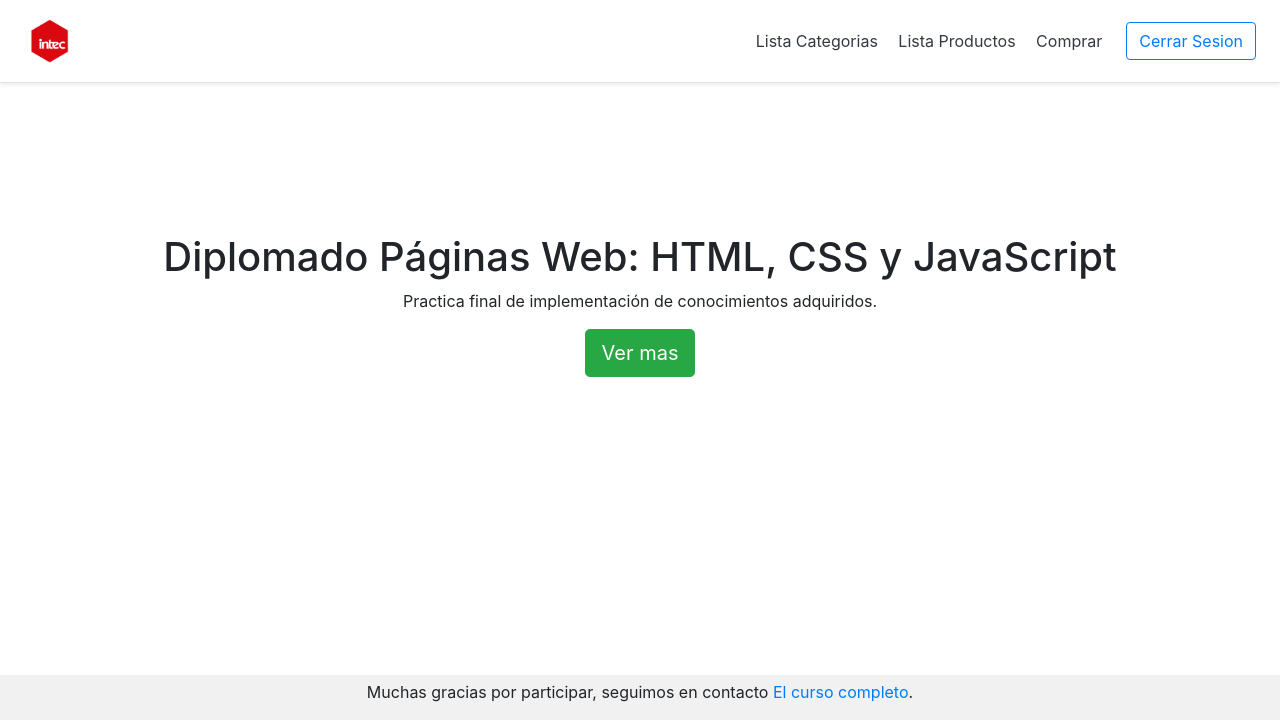
Repository: resttechsolutions/onlineStore
Page: home.html
These files come from the project's save history. The page is drawn as it stood at one moment and after a run of saves; the edit follows.
The browser window is 1280 px wide. The pictures show the whole page.

Above is the page before, as saved 2020-09-05 18:24:22.

### home.html
<!DOCTYPE html>
<html lang="en">
<head>
    <meta charset="UTF-8">
    <meta name="viewport" content="width=device-width, initial-scale=1.0">
    <title>HomePage</title>
    <link rel="stylesheet" href="Assets/Lib/Bootstrap/css/bootstrap.css">
    <link rel="stylesheet" href="Assets/Css/home.css">
</head>
<body>
    <div class="d-flex flex-column flex-md-row align-items-center p-3 px-md-4 mb-3 bg-white border-bottom shadow-sm">
        <h5 class="my-0 mr-md-auto font-weight-normal">
            <img src="Assets/Img/logo-intec.jpg" style="height:50px" alt="Avatar" class="avatar">
        </h5>
        <nav class="my-2 my-md-0 mr-md-3">
            <a class="p-2 text-dark" href="#">Lista Categorias</a>
            <a class="p-2 text-dark" href="#">Lista Productos</a>
            <a class="p-2 text-dark" href="#">Comprar</a>

        </nav>
        <a class="btn btn-outline-primary" href="#">Cerrar Sesion</a>
    </div>

    <main role="main" class="text-center">
        <div id="divError" style="display: none" class="alert"></div>
        <div id="PageOk">
            <h1 class="cover-heading">Diplomado Páginas Web: HTML, CSS y JavaScript</h1>
            <p>Practica final de implementación de conocimientos adquiridos.</p>
            <p class="lead">
                <a href="#" class="btn btn-lg btn-success">Ver mas</a>
            </p>
        </div>
    </main>
    <footer>
        <p>Muchas gracias por participar, seguimos en contacto <a href="#">El curso completo</a>.</p>
    </footer>

    <script src="Assets/Lib/jQuery/jquery-3.5.1.min.js"></script>
    <script src="Assets/Js/home.js"></script>
</body>
</html>

### Assets/Css/home.css
main {
    margin-top: 150px;
}

footer {
   text-align: center;
   padding:5px 0 0 0;
    position: fixed;
    bottom: 0;
    left: 0;
    width: 100%;
    background-color:#f1f1f1
}

### Assets/Js/home.js
$(function(){
    if (localStorage.getItem('UserIsValid') != '1') {
        $('#PageOk')
    }
})

Loaded but not shown: Assets/Lib/Bootstrap/css/bootstrap.css (library); Assets/Lib/jQuery/jquery-3.5.1.min.js (library)

After the next 4 saves:
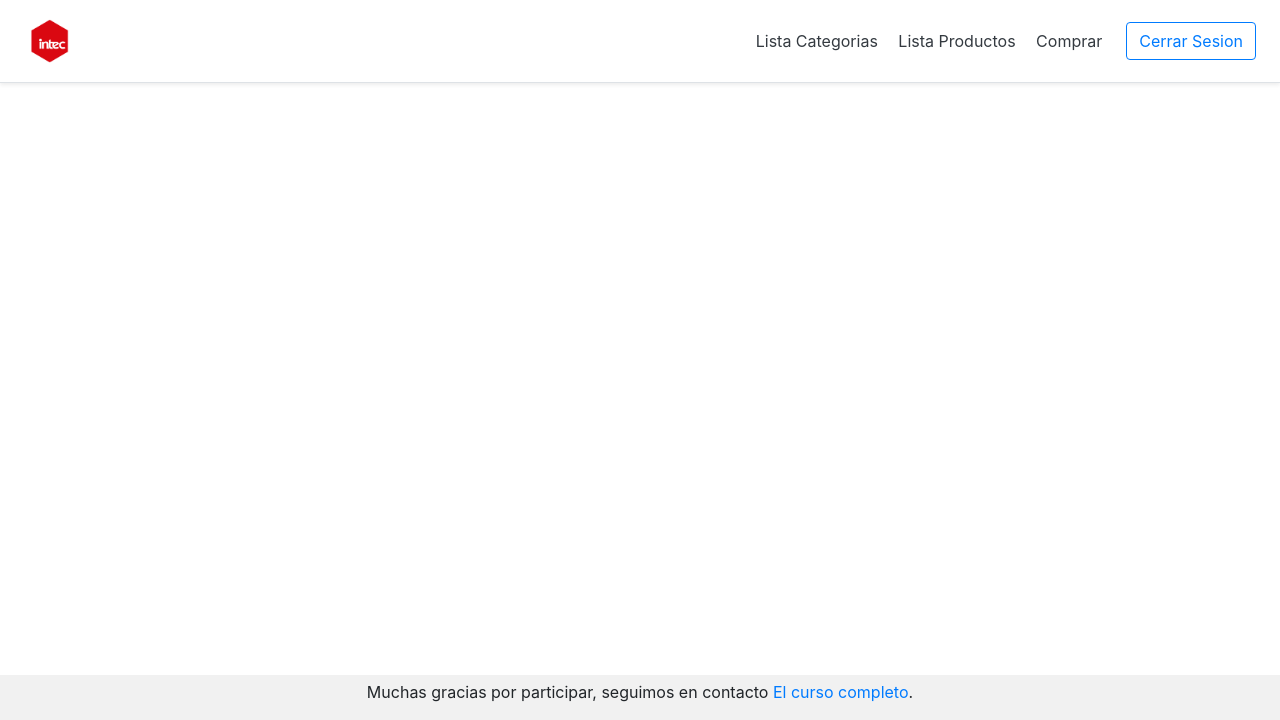
The 4 saves are shown as one change because they came seconds apart.
The last was saved 10 s later.
--- a/Assets/Js/home.js
+++ b/Assets/Js/home.js
@@ -1,5 +1,6 @@
 $(function(){
     if (localStorage.getItem('UserIsValid') != '1') {
-        $('#PageOk')
+        $('#PageOk').hide();
+        $('')
     }
 })

After the 2 saves that followed:
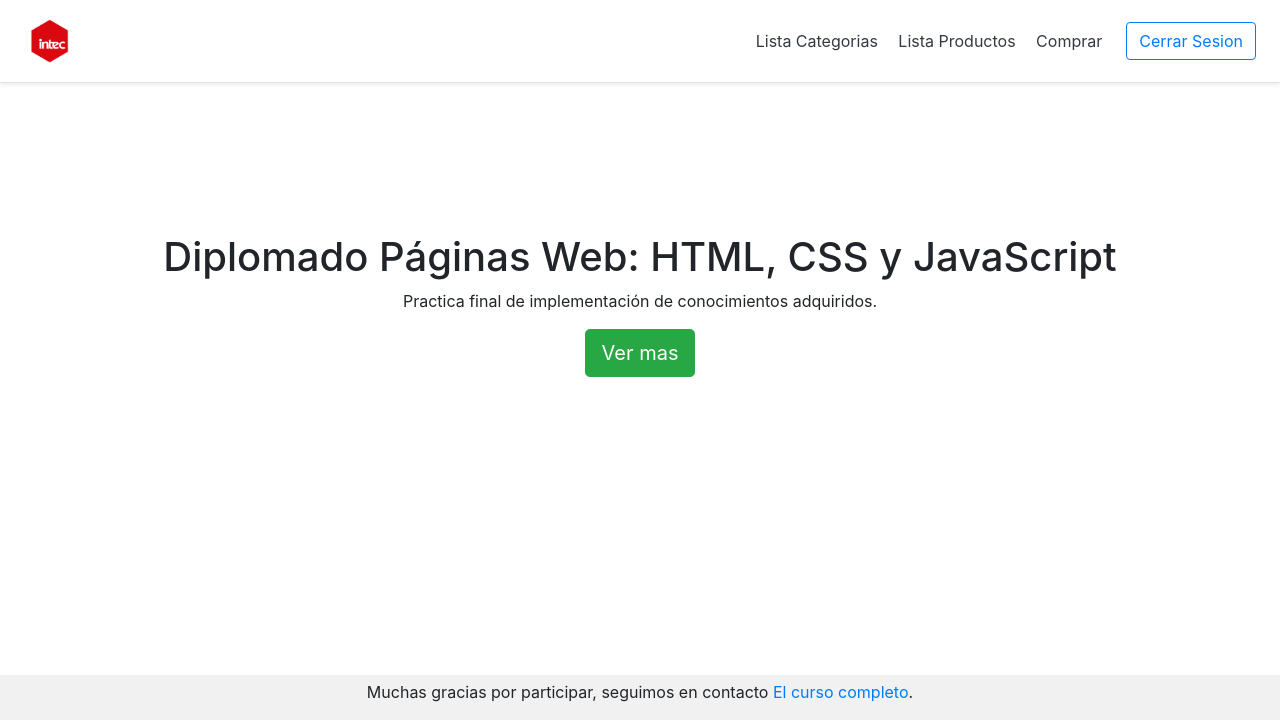
Console error: SyntaxError: Unexpected token '}'
The 2 saves are shown as one change because 1 left the picture as it was.
The last was saved 10 s later.
--- a/Assets/Js/home.js
+++ b/Assets/Js/home.js
@@ -1,6 +1,6 @@
 $(function(){
     if (localStorage.getItem('UserIsValid') != '1') {
         $('#PageOk').hide();
-        $('')
+        $('#divError').
     }
 })
